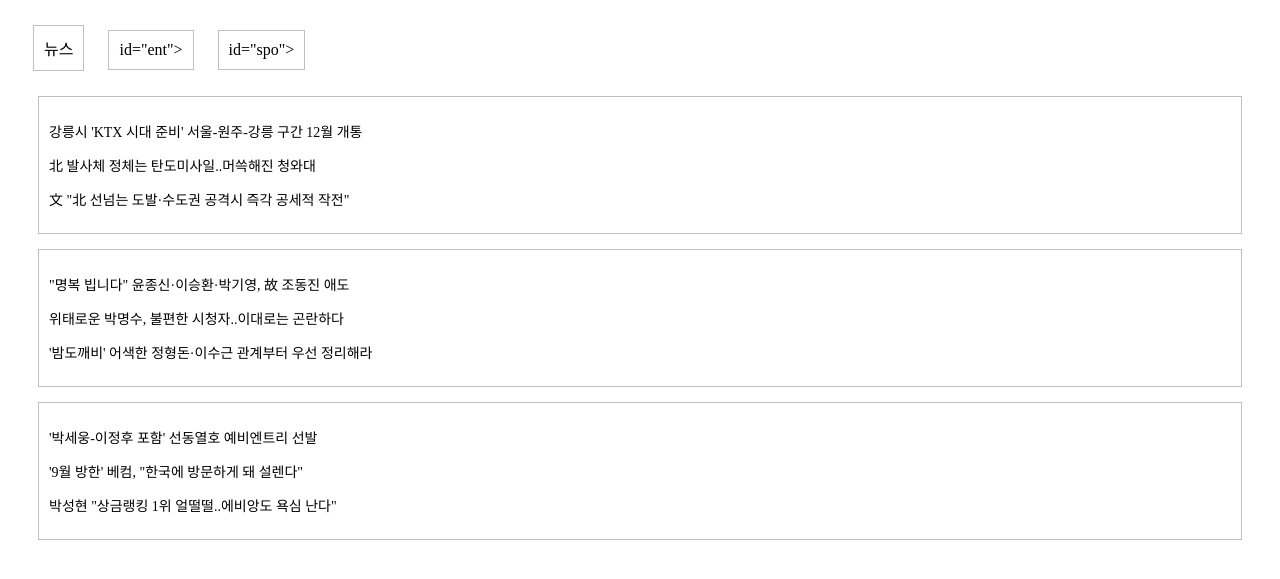
Repository: astute22/web-p
Page: simple-script/WebContent/exercise/sample2.html
The author's editor kept a copy of each file at every save. The page is drawn from the files as they stood at one save, then again after the next save.
The browser window is 1280 px wide. The pictures show the whole page.

Above is the page before, as saved 2017-08-28 07:37:56.

After the next save:
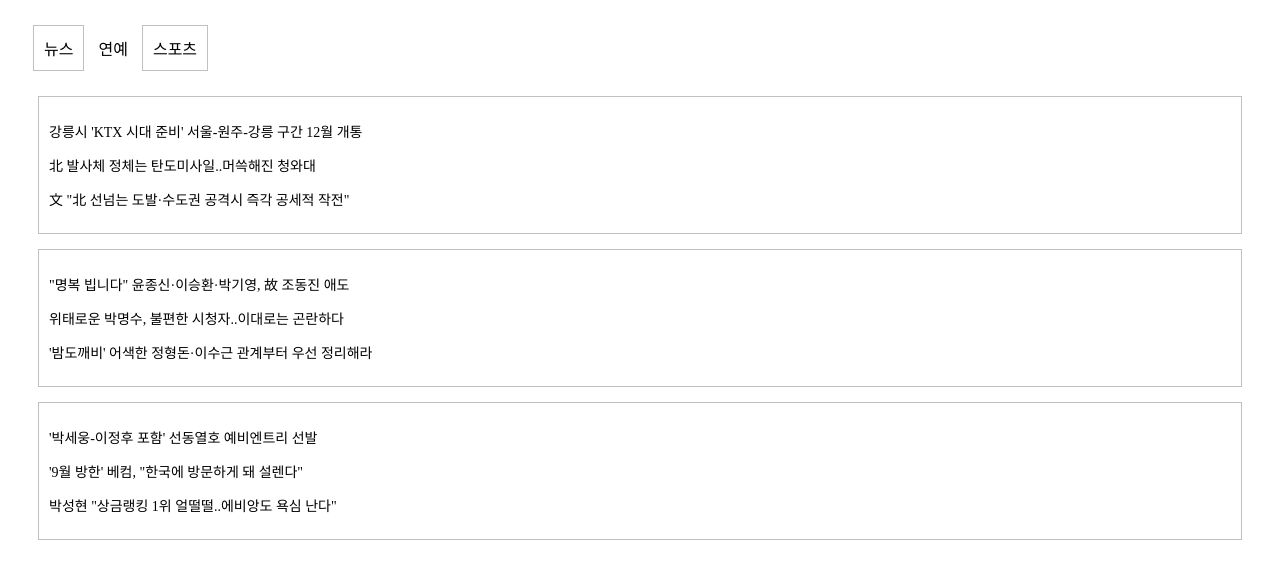
Saved 10 s later.
--- a/simple-script/WebContent/exercise/sample2.html
+++ b/simple-script/WebContent/exercise/sample2.html
@@ -23,8 +23,8 @@
 <body>
 	<div>
 		<label id="news">뉴스</label>
-		<label>id="ent"></label>
-		<label>id="spo"></label>
+		<labelid="ent">연예</label>
+		<label>스포츠</label>
 	</div>
 	<div>
 		<div class="topics" id="n-news">
